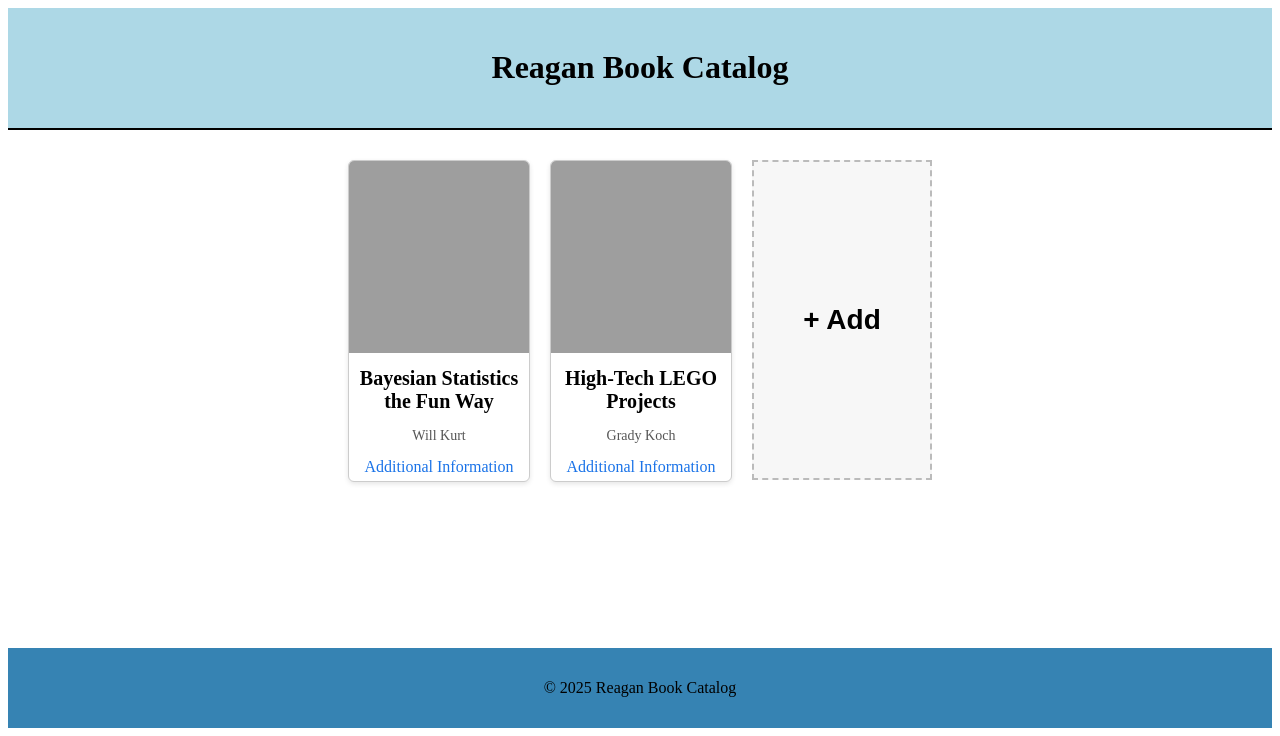
Repository: antyc0817/COMP-3170-Assignment-2-Reagan
Page: /
These files come from the project's save history. The page is drawn as it stood at one moment and after the next save; the edit follows.
The browser window is 1280 px wide. The pictures show the whole page.
Pictures or frames that could not be fetched are drawn as grey boxes. The project was rebuilt for these pictures with package versions that can differ from the ones it lists, and the page was loaded fresh each time. Also part of the build but not shown: vite.config.js, src/index.css.

Above is the page before, as saved 2025-09-11 00:01:30.

After the next save:
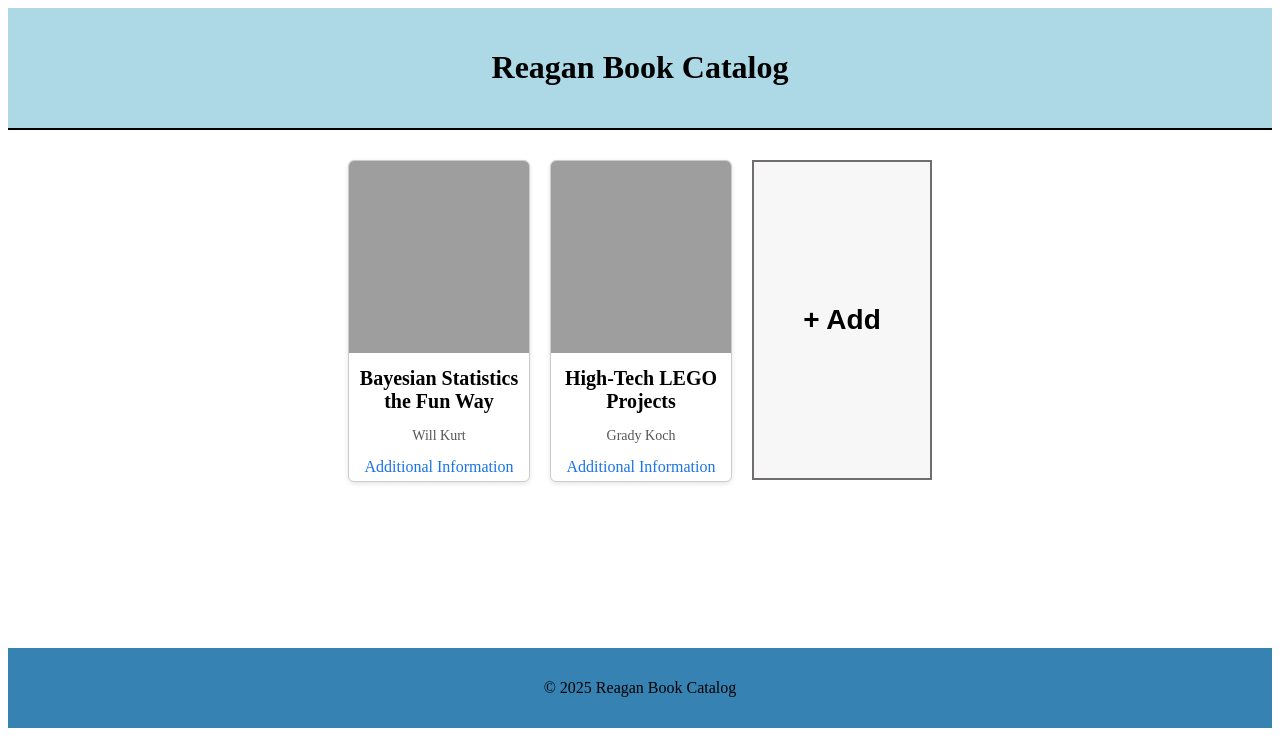
Saved 74 s later.
--- a/src/App.css
+++ b/src/App.css
@@ -84,8 +84,7 @@ footer {
     justify-content: center;
     font-size: 28px;
     font-weight: bold;
-    cursor: pointer;
-    border: 2px dashed #bbb;
+    border: 2px solid #716d6d;
     background-color: #f7f7f7;
     transition: transform 0.2s ease, box-shadow 0.2s ease;
 }
